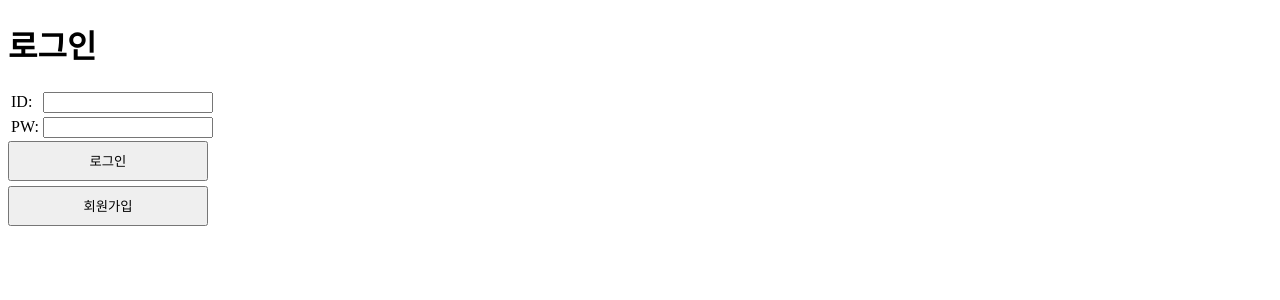
Repository: euniiee/test11
Page: http://localhost/Project/Login.jsp
The author's editor kept a copy of each file at every save. The page is drawn from the files as they stood at one save, then again after the next save.
The browser window is 1280 px wide. The pictures show the whole page.
The page is served by Tomcat 9.

Above is the page before, as saved 2023-02-01 01:24:34.

After the next save:
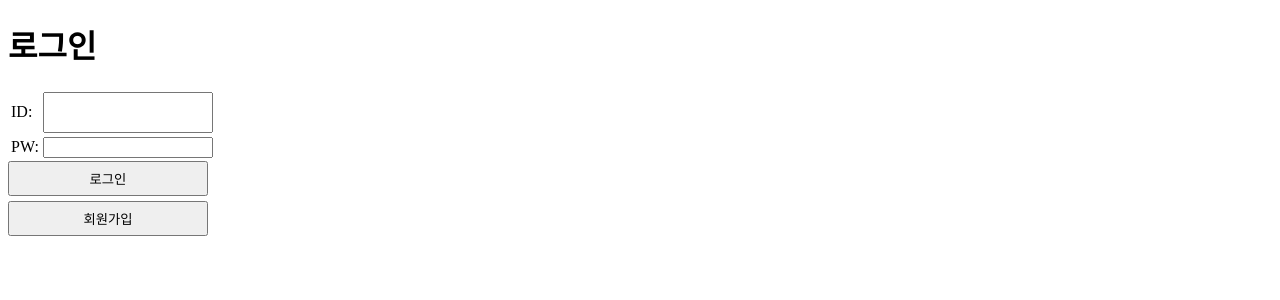
Saved 59 s later.
--- a/Project/WebContent/Login.jsp
+++ b/Project/WebContent/Login.jsp
@@ -16,15 +16,15 @@
 		<table>
 			<tr>
 				<td>ID:</td>
-				<td><input style="width:100%"type="text" class="id" name="id"  required></td>
+				<td><input style="width:100%; height:35px;"type="text" class="id" name="id"  required></td>
 			</tr>
 			<tr>
 				<td>PW:</td>
-				<td><input style="width:100%" type="password" class="pw" name="pw" required></td>
+				<td><input style="width:100%" height:35px; type="password" class="pw" name="pw" required></td>
 			</tr>
 		</table>
-			<input type="submit" value="로그인" style="width:100%;  height:40px; margin-bottom:5px"><br>
-			<input type="submit" value="회원가입" style="width:100%; height:40px "><br>
+			<input type="submit" value="로그인" style="width:100%;  height:35px; margin-bottom:5px"><br>
+			<input type="submit" value="회원가입" style="width:100%; height:35px "><br>
 	</form>
 </body>
 </html>
